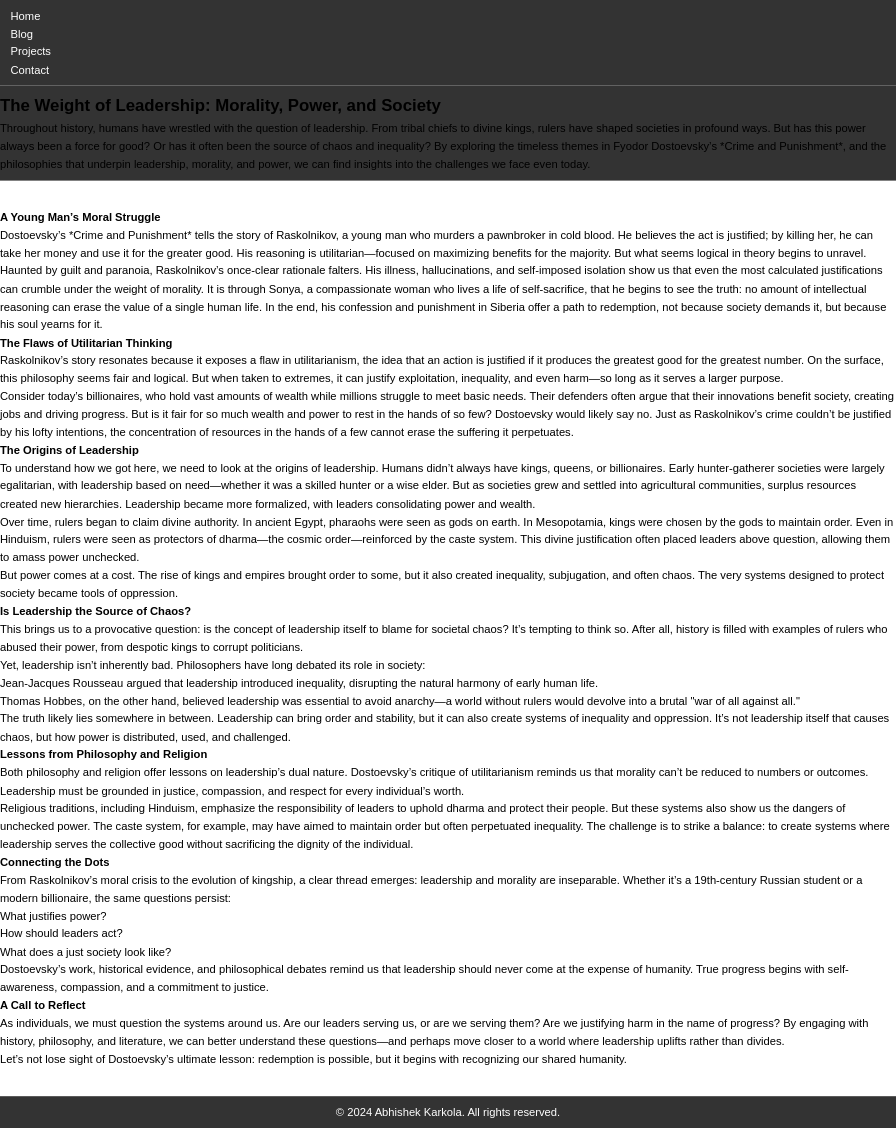
Repository: APersonalVoyage/APersonalVoyage.github.io
Page: blog_post_1.html
These files come from the project's save history. The page is drawn as it stood at one moment and after the next save; the edit follows.
The browser window is 1280 px wide. The pictures show the part of the page from y = 0 to 1920 px (the page is 1612 px tall before and 2966 px after), at 70% of full size.

Above is the page before, as saved 2024-11-16 22:20:12.

### blog_post_1.html
<!DOCTYPE html>
<html lang="en">
<head>
  <meta charset="UTF-8">
  <meta name="viewport" content="width=device-width, initial-scale=1.0">
  <title>The Weight of Leadership: Morality, Power, and Society</title>
  <link rel="stylesheet" href="blog.css">
</head>
<body>
  <header class="header">
    <nav class="navbar">
      <ul class="nav-list">
        <li><a href="index.html" class="nav-link">Home</a></li>
        <li><a href="blog.html" class="nav-link">Blog</a></li>
        <li><a href="#projects" class="nav-link">Projects</a></li>
        <li><a href="#contact" class="nav-link">Contact</a></li>
      </ul>
    </nav>
  </header>

  <main class="main-content">
    <article class="blog-article">
      <header class="blog-header">
        <h1 class="blog-article-title">The Weight of Leadership: Morality, Power, and Society</h1>
        <p class="blog-article-intro">
          Throughout history, humans have wrestled with the question of leadership. From tribal chiefs to divine kings, rulers have shaped societies in profound ways. But has this power always been a force for good? Or has it often been the source of chaos and inequality? By exploring the timeless themes in Fyodor Dostoevsky’s *Crime and Punishment*, and the philosophies that underpin leadership, morality, and power, we can find insights into the challenges we face even today.
        </p>
      </header>

      <section class="blog-body">
        <h4 class="subheading">A Young Man’s Moral Struggle</h4>
        <p class="blog-article-body">
          Dostoevsky’s *Crime and Punishment* tells the story of Raskolnikov, a young man who murders a pawnbroker in cold blood. He believes the act is justified; by killing her, he can take her money and use it for the greater good. His reasoning is utilitarian—focused on maximizing benefits for the majority. But what seems logical in theory begins to unravel. Haunted by guilt and paranoia, Raskolnikov’s once-clear rationale falters. His illness, hallucinations, and self-imposed isolation show us that even the most calculated justifications can crumble under the weight of morality. It is through Sonya, a compassionate woman who lives a life of self-sacrifice, that he begins to see the truth: no amount of intellectual reasoning can erase the value of a single human life. In the end, his confession and punishment in Siberia offer a path to redemption, not because society demands it, but because his soul yearns for it.
        </p>

        <h4 class="subheading">The Flaws of Utilitarian Thinking</h4>
        <p class="blog-article-body">
          Raskolnikov’s story resonates because it exposes a flaw in utilitarianism, the idea that an action is justified if it produces the greatest good for the greatest number. On the surface, this philosophy seems fair and logical. But when taken to extremes, it can justify exploitation, inequality, and even harm—so long as it serves a larger purpose.
        </p>
        <p class="blog-article-body">
          Consider today’s billionaires, who hold vast amounts of wealth while millions struggle to meet basic needs. Their defenders often argue that their innovations benefit society, creating jobs and driving progress. But is it fair for so much wealth and power to rest in the hands of so few? Dostoevsky would likely say no. Just as Raskolnikov’s crime couldn’t be justified by his lofty intentions, the concentration of resources in the hands of a few cannot erase the suffering it perpetuates.
        </p>

        <h4 class="subheading">The Origins of Leadership</h4>
        <p class="blog-article-body">
          To understand how we got here, we need to look at the origins of leadership. Humans didn’t always have kings, queens, or billionaires. Early hunter-gatherer societies were largely egalitarian, with leadership based on need—whether it was a skilled hunter or a wise elder. But as societies grew and settled into agricultural communities, surplus resources created new hierarchies. Leadership became more formalized, with leaders consolidating power and wealth.
        </p>
        <p class="blog-article-body">
          Over time, rulers began to claim divine authority. In ancient Egypt, pharaohs were seen as gods on earth. In Mesopotamia, kings were chosen by the gods to maintain order. Even in Hinduism, rulers were seen as protectors of dharma—the cosmic order—reinforced by the caste system. This divine justification often placed leaders above question, allowing them to amass power unchecked.
        </p>
        <p class="blog-article-body">
          But power comes at a cost. The rise of kings and empires brought order to some, but it also created inequality, subjugation, and often chaos. The very systems designed to protect society became tools of oppression.
        </p>

        <h4 class="subheading">Is Leadership the Source of Chaos?</h4>
        <p class="blog-article-body">
          This brings us to a provocative question: is the concept of leadership itself to blame for societal chaos? It’s tempting to think so. After all, history is filled with examples of rulers who abused their power, from despotic kings to corrupt politicians.
        </p>
        <p class="blog-article-body">
          Yet, leadership isn’t inherently bad. Philosophers have long debated its role in society:
        </p>
        <ul class="philosophers-list">
          <li>Jean-Jacques Rousseau argued that leadership introduced inequality, disrupting the natural harmony of early human life.</li>
          <li>Thomas Hobbes, on the other hand, believed leadership was essential to avoid anarchy—a world without rulers would devolve into a brutal "war of all against all."</li>
        </ul>
        <p class="blog-article-body">
          The truth likely lies somewhere in between. Leadership can bring order and stability, but it can also create systems of inequality and oppression. It’s not leadership itself that causes chaos, but how power is distributed, used, and challenged.
        </p>

        <h4 class="subheading">Lessons from Philosophy and Religion</h4>
        <p class="blog-article-body">
          Both philosophy and religion offer lessons on leadership’s dual nature. Dostoevsky’s critique of utilitarianism reminds us that morality can’t be reduced to numbers or outcomes. Leadership must be grounded in justice, compassion, and respect for every individual’s worth.
        </p>
        <p class="blog-article-body">
          Religious traditions, including Hinduism, emphasize the responsibility of leaders to uphold dharma and protect their people. But these systems also show us the dangers of unchecked power. The caste system, for example, may have aimed to maintain order but often perpetuated inequality. The challenge is to strike a balance: to create systems where leadership serves the collective good without sacrificing the dignity of the individual.
        </p>

        <h4 class="subheading">Connecting the Dots</h4>
        <p class="blog-article-body">
          From Raskolnikov’s moral crisis to the evolution of kingship, a clear thread emerges: leadership and morality are inseparable. Whether it’s a 19th-century Russian student or a modern billionaire, the same questions persist:
        </p>
        <ul class="reflection-questions">
          <li>What justifies power?</li>
          <li>How should leaders act?</li>
          <li>What does a just society look like?</li>
        </ul>
        <p class="blog-article-body">
          Dostoevsky’s work, historical evidence, and philosophical debates remind us that leadership should never come at the expense of humanity. True progress begins with self-awareness, compassion, and a commitment to justice.
        </p>

        <h4 class="subheading">A Call to Reflect</h4>
        <p class="blog-article-body">
          As individuals, we must question the systems around us. Are our leaders serving us, or are we serving them? Are we justifying harm in the name of progress? By engaging with history, philosophy, and literature, we can better understand these questions—and perhaps move closer to a world where leadership uplifts rather than divides.
        </p>
        <p class="blog-article-body">
          Let’s not lose sight of Dostoevsky’s ultimate lesson: redemption is possible, but it begins with recognizing our shared humanity.
        </p>
      </section>
    </article>
  </main>

  <footer class="footer">
    <p>&copy; 2024 Abhishek Karkola. All rights reserved.</p>
  </footer>
</body>
</html>

### blog.css
/* General reset and layout */
* {
  margin: 0;
  padding: 0;
  box-sizing: border-box;
}

body {
  font-family: Arial, sans-serif;
  line-height: 1.6;
}

header {
  background-color: #333;
  padding: 10px 0;
}

.nav-links {
  display: flex;
  justify-content: center;
  list-style: none;
}

.nav-link {
  color: white;
  text-decoration: none;
  padding: 0 15px;
}

.nav-link:hover,
.nav-link.active {
  color: #ff9900;
}

/* Main section styling */
.blog-section-container {
  padding: 20px;
  text-align: center;
}

.blog-header {
  margin-bottom: 40px; /* Adds space between title and blog post */
}

.title {
  font-size: 2rem;
  margin-bottom: 10px; /* Space below title */
}

.section__text {
  font-size: 1.2rem;
  color: #666;
  margin-bottom: 40px;
}

.blog-containers {
  display: flex;
  flex-direction: column;
  align-items: center; /* Aligns blog posts to the center */
  gap: 30px; /* Space between posts */
}

.blog-details {
  background-color: #f9f9f9;
  padding: 20px;
  width: 80%; /* Makes sure the blog posts aren't too wide */
  max-width: 800px; /* Limits the maximum width */
  border-radius: 8px;
  box-shadow: 0 4px 8px rgba(0, 0, 0, 0.1);
}

.project-title {
  font-size: 1.5rem;
  margin-bottom: 15px;
}

.blog-link {
  text-decoration: none;
  color: #333;
}

.blog-link:hover {
  color: #ff9900; /* Highlight on hover */
}

.blog-summary {
  font-size: 1rem;
  color: #666;
  line-height: 1.6;
  margin-bottom: 20px;
}

/* Footer Styling */
footer {
  background-color: #333;
  color: white;
  text-align: center;
  padding: 10px 0;
  margin-top: 40px;
}

### blog_posts_css.css
body {
  font-family: Arial, sans-serif;
  line-height: 1.6;
  margin: 0;
  padding: 0;
  background-color: #f4f4f4;
}

.header {
  background: #333;
  color: white;
  padding: 10px 0;
}

.navbar {
  display: flex;
  justify-content: center; /* Centers the navigation items */
  align-items: center;
}

.navbar .nav-list {
  list-style: none;
  display: flex; /* Aligns items horizontally */
  padding: 0;
  margin: 0;
}

.navbar .nav-link {
  color: white;
  text-decoration: none;
  padding: 10px 20px;
}

.navbar .nav-link:hover {
  color: #ff9900; /* Highlight on hover */
}

.main-content {
  padding: 20px;
  max-width: 800px;
  margin: 0 auto;
  background: white;
}

.blog-article {
  margin: 20px;
}

.blog-article-title {
  font-size: 2rem;
  font-weight: bold;
  margin-bottom: 10px;
}

.blog-article-intro {
  font-size: 1.2rem;
  color: #555;
}

.blog-body {
  font-size: 1rem;
  color: #333;
  margin-top: 20px;
}

.subheading {
  font-size: 1.5rem;
  margin-top: 20px;
}

.philosophers-list,
.reflection-questions {
  margin-left: 20px;
}

.footer {
  text-align: center;
  background: #333;
  color: white;
  padding: 10px;
  margin-top: 20px;
}

After the next save:
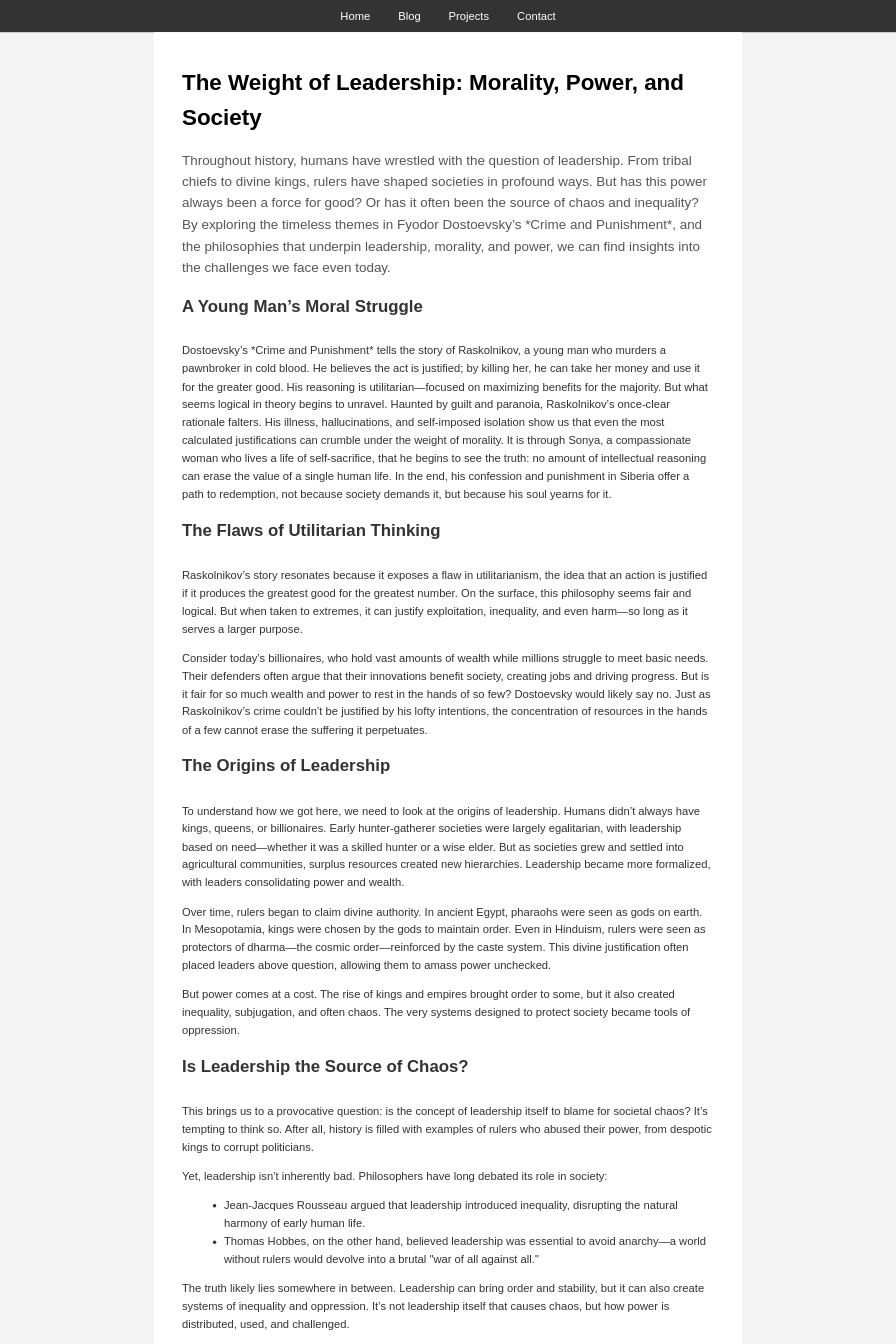
Saved 20 s later.
--- a/blog_post_1.html
+++ b/blog_post_1.html
@@ -4,7 +4,7 @@
   <meta charset="UTF-8">
   <meta name="viewport" content="width=device-width, initial-scale=1.0">
   <title>The Weight of Leadership: Morality, Power, and Society</title>
-  <link rel="stylesheet" href="blog.css">
+  <link rel="stylesheet" href="blog_posts_css.css">
 </head>
 <body>
   <header class="header">
